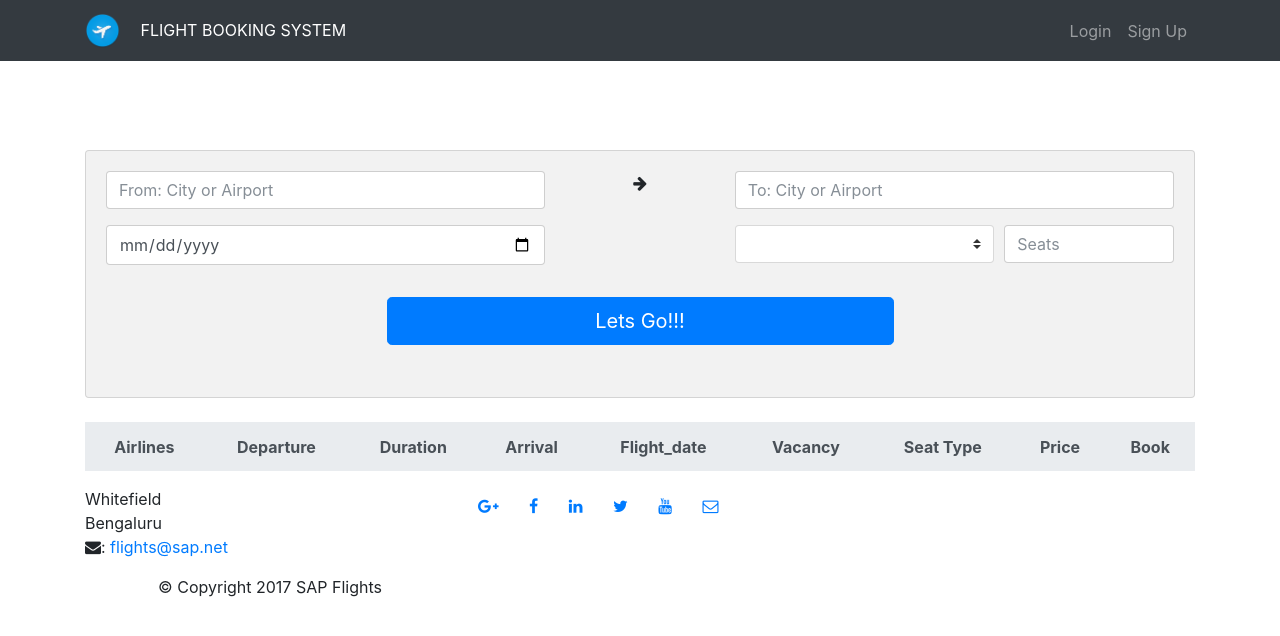
Repository: yashtatia/Spring-Practice
Page: http://localhost/FitnessTracker/WEB-INF/jsp/flightpage.jsp
These files come from the project's save history. The page is drawn as it stood at one moment and after the next save; the edit follows.
The browser window is 1280 px wide. The pictures show the whole page.
Some web libraries are served in a nearby version. The page is served by Tomcat 9. Nobody is signed in. The template is opened directly, without the code that normally fills it, so the values that code supplies are empty.

Above is the page before, as saved 2017-09-05 20:32:45.

After the next save:
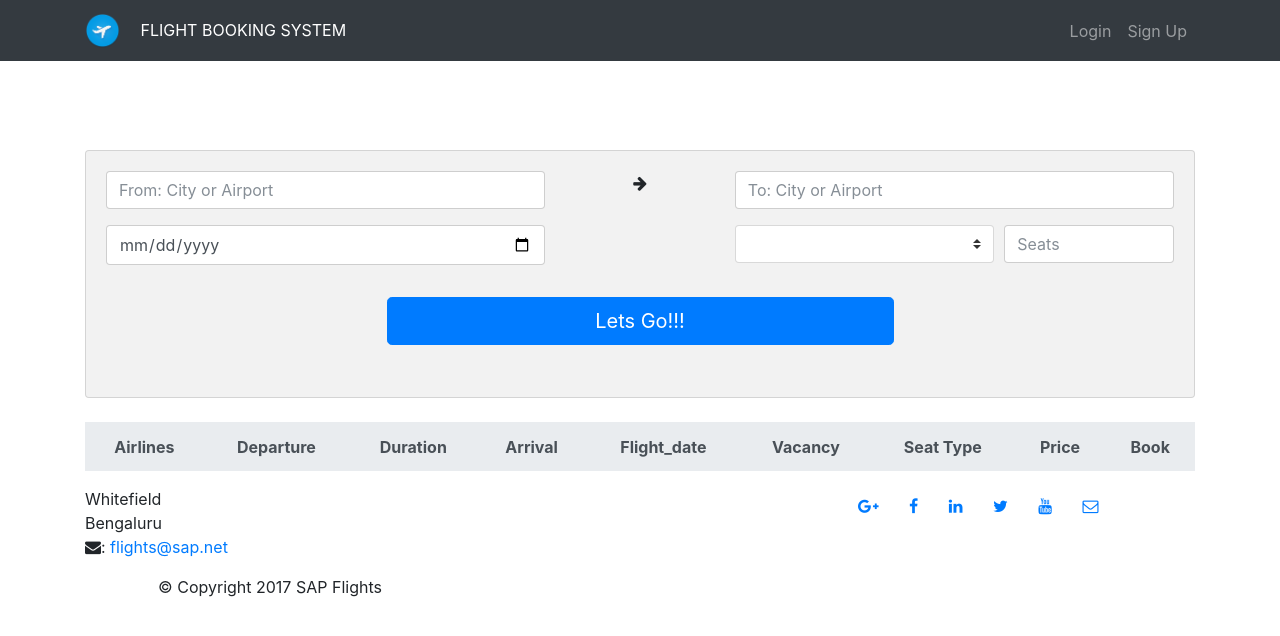
Saved 28 s later.
--- a/FitnessTracker/src/main/webapp/WEB-INF/jsp/footer.jsp
+++ b/FitnessTracker/src/main/webapp/WEB-INF/jsp/footer.jsp
@@ -3,7 +3,7 @@
         <div class="container">
             <div class="row row-content">
 
-                <div class="col-md-4"">
+                <div class="col-md-8"">
                     <address>
 		              Whitefield<br>
 		              Bengaluru<br>
@@ -12,7 +12,7 @@
                          flights@sap.net</a>
                     </address>
                 </div>
-                <div class="col-md-4 col-md-offset-4">
+                <div class="col-md-4">
                     <div >
                         <a class="btn btn-social-icon btn-google-plus" href="http://google.com/+"><i class="fa fa-google-plus"></i></a>
                         <a class="btn btn-social-icon btn-facebook" href="http://www.facebook.com/profile.php?id="><i class="fa fa-facebook"></i></a>
